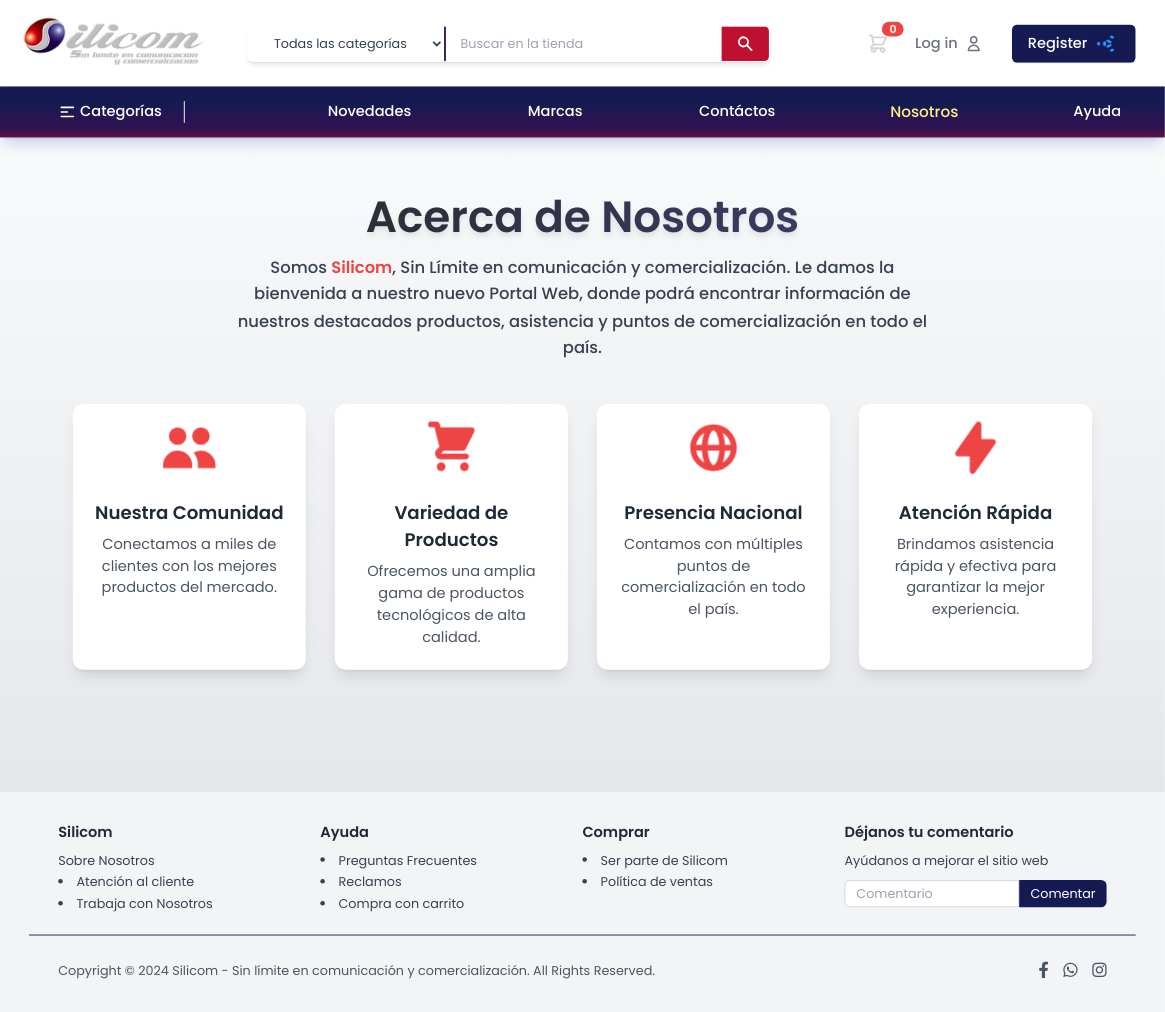
Repository: Francovg18/ecommerce
Page: /about
These files come from the project's save history. The page is drawn as it stood at one moment and after the next save; the edit follows.
The browser window is 1280 px wide. The pictures show the whole page, at 91% of full size.
The page's requests for data from a server got no answer. The project was rebuilt for these pictures with package versions that can differ from the ones it lists, and the page was loaded fresh each time. No one was signed in, and anything a server would have sent is missing. Also part of the build but not shown: src/components/home/Banner.js, src/components/home/ProductsArrival.js, src/components/home/ProductsSold.js, src/redux/actions/brands.js, src/components/home/Brand.js, src/components/home/Product.js, src/containers/Home.jsx, src/containers/errors/Error404.jsx and 40 more.

Above is the page before, as saved 2025-01-29 20:21:50.

### public/index.html
<!DOCTYPE html>
<html lang="en">
  <head>
    <meta charset="utf-8" />
    <link rel="icon" href="%PUBLIC_URL%/favicon.ico" />
    <meta name="viewport" content="width=device-width, initial-scale=1" />
    <meta name="theme-color" content="#000000" />
    <meta name="description" content="Web site created using create-react-app" />
    <link rel="apple-touch-icon" href="%PUBLIC_URL%/logo192.png" />
    <link href="https://fonts.googleapis.com/css2?family=Poppins:wght@400;500;600&display=swap" rel="stylesheet">
    <link
  rel="stylesheet"
  href="https://cdnjs.cloudflare.com/ajax/libs/font-awesome/6.0.0-beta3/css/all.min.css"
/>

    <!--
      manifest.json provides metadata used when your web app is installed on a
      user's mobile device or desktop. See https://developers.google.com/web/fundamentals/web-app-manifest/
    -->
    <link rel="manifest" href="%PUBLIC_URL%/manifest.json" />
    <!--
      Notice the use of %PUBLIC_URL% in the tags above.
      It will be replaced with the URL of the `public` folder during the build.
      Only files inside the `public` folder can be referenced from the HTML.

      Unlike "/favicon.ico" or "favicon.ico", "%PUBLIC_URL%/favicon.ico" will
      work correctly both with client-side routing and a non-root public URL.
      Learn how to configure a non-root public URL by running `npm run build`.
    -->
    <title>React App</title>
  </head>
  <body>
    <noscript>You need to enable JavaScript to run this app.</noscript>
    <div id="root"></div>
    <!--
      This HTML file is a template.
      If you open it directly in the browser, you will see an empty page.

      You can add webfonts, meta tags, or analytics to this file.
      The build step will place the bundled scripts into the <body> tag.

      To begin the development, run `npm start` or `yarn start`.
      To create a production bundle, use `npm run build` or `yarn build`.
    -->
  </body>
</html>

### src/index.js
import React from 'react';
import ReactDOM from 'react-dom/client';
import './style/index.css';
import App from './App';

const root = ReactDOM.createRoot(document.getElementById('root'));
root.render(
  <React.StrictMode>
    <App />
  </React.StrictMode>
);

### src/store.js
import { createStore, applyMiddleware } from 'redux';
import { composeWithDevTools } from '@redux-devtools/extension';
import { thunk } from 'redux-thunk';
import rootReducer from './redux/reducers';

const initialState = {};
const middleware = [thunk];
const store = createStore(
    rootReducer,
    initialState,
    composeWithDevTools(applyMiddleware(...middleware))
);

export default store;

### src/containers/pages/About.jsx
import React from 'react';
import Layout from '../../hocs/Layout';
import { UsersIcon, ShoppingCartIcon, GlobeAltIcon, LightningBoltIcon } from '@heroicons/react/solid';

function About() {
  return (
    <Layout>
      <div className="bg-gradient-to-b from-gray-50 to-gray-200 min-h-screen py-16 px-6 sm:px-12 lg:px-20">
        <div className="text-center max-w-3xl mx-auto">
          <h1 className="text-5xl font-extrabold bg-gradient-to-r from-black to-midnight-blue bg-clip-text text-transparent drop-shadow-lg animate-pulse">
            Acerca de Nosotros
          </h1>
          <p className="mt-4 text-lg text-gray-700 font-medium leading-relaxed animate-fade-in">
            Somos <span className="text-red-500 font-bold">Silicom</span>, Sin Límite en comunicación y comercialización. Le damos la bienvenida a nuestro nuevo Portal Web,
            donde podrá encontrar información de nuestros destacados productos, asistencia y puntos de comercialización en todo el país.
          </p>
        </div>

        <div className="mt-12 grid grid-cols-1 md:grid-cols-2 lg:grid-cols-4 gap-8">
          {[
            { icon: UsersIcon, title: "Nuestra Comunidad", text: "Conectamos a miles de clientes con los mejores productos del mercado." },
            { icon: ShoppingCartIcon, title: "Variedad de Productos", text: "Ofrecemos una amplia gama de productos tecnológicos de alta calidad." },
            { icon: GlobeAltIcon, title: "Presencia Nacional", text: "Contamos con múltiples puntos de comercialización en todo el país." },
            { icon: LightningBoltIcon, title: "Atención Rápida", text: "Brindamos asistencia rápida y efectiva para garantizar la mejor experiencia." }
          ].map((item, index) => (
            <div key={index} className="bg-white p-6 rounded-xl shadow-lg text-center transition-transform transform hover:scale-105 hover:shadow-2xl">
              <item.icon className="w-16 h-16 text-red-500 mx-auto animate-bounce" />
              <h3 className="text-xl font-semibold mt-4 text-gray-800">{item.title}</h3>
              <p className="text-gray-600 mt-2">{item.text}</p>
            </div>
          ))}
        </div>
      </div>
    </Layout>
  );
}

export default About;

### src/redux/reducers/index.js
import { combineReducers } from 'redux';
import Auth from './auth';
import Alert from './alert';
import Categories from './categories';
import Products from './products';
import Cart from './cart';
import Shipping from './shipping'
import Payment from './payment';
import Orders from './orders';
import Coupons from './coupons';
import Profile from './profile';
import Wishlist from './wishlist';
import Reviews from './reviews';
import Brands from './brands';
export default combineReducers({
    Auth,
    Alert,
    Categories,
    Products,
    Cart,
    Shipping,
    Payment,
    Orders,
    Coupons,
    Profile,
    Wishlist,
    Reviews,
    Brands
})

### src/hocs/Layout.js
import { ToastContainer } from 'react-toastify';
import 'react-toastify/dist/ReactToastify.css';
import { check_authenticated, load_user, refresh } from '../redux/actions/auth';
import {
    get_items,
    get_total,
    get_item_total
} from "../redux/actions/cart";

import {
    get_user_profile
} from "../redux/actions/profile";

import { useEffect } from 'react';
import { connect } from 'react-redux';
import Navbar from '../components/navigation/Navbar';
import Footer from '../components/navigation/Footer';

const Layout = (props) => {

    useEffect(() => {
        props.refresh()
        props.check_authenticated()
        props.load_user()
        props.get_items()
        props.get_total()
        props.get_item_total()
        props.get_user_profile()
    }, []);

    return(
        <div>
            <Navbar/>
            <ToastContainer autoClose={5000} />
            {props.children}
            <Footer/>
        </div>
    )
}


export default connect(null, {
    check_authenticated,
    load_user,
    refresh,
    get_items,
    get_total,
    get_item_total,
    get_user_profile
}) (Layout)

### src/redux/actions/categories.js
import axios from 'axios';
import {
    GET_CATEGORIES_SUCCESS,
    GET_CATEGORIES_FAIL,
} from './types';

export const get_categories = () => async dispatch => {
    const config = {
        headers: {
            'Accept': 'application/json'
        }
    };

    try {
        const res = await axios.get(`${process.env.REACT_APP_API_URL}/api/category/categories`, config);

        if (res.status >= 200 && res.status < 300) {
            dispatch({
                type: GET_CATEGORIES_SUCCESS,
                payload: res.data
            });
        } else {
            console.error('Error: Unexpected response status', res.status);
            dispatch({
                type: GET_CATEGORIES_FAIL
            });
        }
    } catch (err) {
        console.error('Error fetching categories:', err.message);
        dispatch({
            type: GET_CATEGORIES_FAIL
        });
    }
};

### src/redux/actions/alert.js
import{
    SET_ALERT,
    REMOVE_ALERT,
} from './types';

export const setAlert = (msg, alertType, timeout = 5000) => dispatch =>{
    dispatch({
        type: SET_ALERT,
        payload: {msg, alertType}
    });
    setTimeout(() => dispatch({ type: REMOVE_ALERT }), timeout);
}

### src/redux/reducers/alert.js
import {
    SET_ALERT,
    REMOVE_ALERT,
} from '../actions/types';

const initialState = {
    alert: null
};

export default function Alert(state = initialState, action) {
    const { type, payload } = action;

    switch(type) {
        case SET_ALERT:
            return {
                ...state,
                alert: payload
            };
        case REMOVE_ALERT:
            return {
                ...state,
                alert: null
            }
        default:
            return state
    };
}

### src/redux/reducers/categories.js
import {
    GET_CATEGORIES_SUCCESS,
    GET_CATEGORIES_FAIL
} from '../actions/types';

const initialState = {
    categories: null
};

export default function Categories(state = initialState, action) {
    const { type, payload } = action;

    switch(type) {
        case GET_CATEGORIES_SUCCESS:
            return {
                ...state,
                categories: payload.categories
            }
        case GET_CATEGORIES_FAIL:
            return {
                ...state,
                categories: null
            }
        default:
            return state
    }
}

### src/redux/reducers/shipping.js
import {
    GET_SHIPPING_OPTIONS_SUCCESS,
    GET_SHIPPING_OPTIONS_FAIL
} from '../actions/types';

const initialState = {
    shipping: null,
};

export default function Shipping(state = initialState, action) {
    const { type, payload } = action;

    switch(type) {
        case GET_SHIPPING_OPTIONS_SUCCESS:
            return {
                ...state,
                shipping: payload.shipping_options
            }
        case GET_SHIPPING_OPTIONS_FAIL:
            return {
                ...state,
                shipping: null
            }
        default:
            return state;
    }
};

### src/redux/reducers/orders.js
import {
    GET_ORDERS_SUCCESS,
    GET_ORDERS_FAIL,
    GET_ORDER_DETAIL_SUCCESS,
    GET_ORDER_DETAIL_FAIL
} from '../actions/types';

const initialState = {
    orders: null,
    order: null
};


export default function Orders(state = initialState, action) {
    const { type, payload } = action;

    switch(type) {
        case GET_ORDERS_SUCCESS:
            return {
                ...state,
                orders: payload.orders
            }
        case GET_ORDERS_FAIL:
            return {
                ...state,
                orders: []
            }
        case GET_ORDER_DETAIL_SUCCESS:
            return {
                ...state,
                order: payload.order
            }
        case GET_ORDER_DETAIL_FAIL:
            return {
                ...state,
                order: {}
            }
        default:
            return state;
    }
}

### src/redux/reducers/coupons.js
import {
    GET_COUPON_SUCCESS,
    GET_COUPON_FAIL,
} from '../actions/types';

const initialState = {
    coupon: null
};


export default function Coupons(state = initialState, action) {
    const { type, payload } = action;

    switch(type) {
        case GET_COUPON_SUCCESS:
            return {
                ...state,
                coupon: payload.coupon
            }
        case GET_COUPON_FAIL:
            return {
                ...state,
                coupon: null
            }
        default:
            return state;
    }
}

### src/redux/reducers/profile.js
import {
    GET_USER_PROFILE_SUCCESS,
    GET_USER_PROFILE_FAIL,
    UPDATE_USER_PROFILE_SUCCESS,
    UPDATE_USER_PROFILE_FAIL
} from '../actions/types';

const initialState = {
    profile: null
};

export default function Profile(state = initialState, action) {
    const { type, payload } = action;

    switch(type) {
        case GET_USER_PROFILE_SUCCESS:
            return {
                ...state,
                profile: payload.profile
            }
        case GET_USER_PROFILE_FAIL:
            return {
                ...state
            }
        case UPDATE_USER_PROFILE_SUCCESS:
            return {
                ...state,
                profile: payload.profile
            }
        case UPDATE_USER_PROFILE_FAIL:
            return {
                ...state
            }
        default:
            return state
    }
}

### src/redux/reducers/brands.js
import {
    GET_BRANDS_SUCCESS,
    GET_BRANDS_FAIL
} from '../actions/types';

const initialState = {
    brands: null
};

export default function Brands(state = initialState, action) {
    const { type, payload } = action;

    switch (type) {
        case GET_BRANDS_SUCCESS:
            return {
                ...state,
                brands: payload.brands // Ajusta si `payload` tiene otra estructura
            };
        case GET_BRANDS_FAIL:
            return {
                ...state,
                brands: null
            };
        default:
            return state;
    }
}

### src/components/alert.js
import {Fragment} from 'react'
import {connect} from 'react-redux'

import { CheckCircleIcon } from '@heroicons/react/solid'

function Alert ({ alert }) {

    const displayAlert = () => {
        if (alert !== null){
            return (
                <div className={`rounded-md bg-${alert.alertType}-50 p-4`}>
                <div className="flex">
                    <div className="flex-shrink-0">
                    <CheckCircleIcon className={`h-5 w-5 text-${alert.alertType}-400`} aria-hidden="true" />
                    </div>
                    <div className="ml-3">
                    <p className={`text-sm font-medium text-${alert.alertType}-800`}>{alert.msg}</p>
                    </div>
                </div>
                </div>
            )
        } else {
            return(
                <Fragment></Fragment>
            )
        }
    }

    return (
        <Fragment>
            {displayAlert()}
        </Fragment>
    )
}

const mapStateToProps = state => ({
    alert: state.Alert.alert
})

export default connect(mapStateToProps)(Alert)

### src/components/navigation/SearchBox.js
import { SearchIcon } from '@heroicons/react/solid';

const SearchBox = ({ categories, search, onChange, onSubmit }) => {
  return (
    <form
      onSubmit={(e) => onSubmit(e)}
      className="flex items-center border border-white rounded-md shadow-md overflow-hidden w-full max-w-3xl mx-auto"
    >
      {/* Dropdown de categorías (visible solo en pantallas grandes) */}
      <div className="hidden lg:block relative">
        <select
          onChange={(e) => onChange(e)}
          name="category_id"
          className="h-full text-sm text-gray-700 bg-white border-r-2 border-purple-night px-6 py-2 outline-none focus:ring-deep-rose"
        >
          <option value={0}>Todas las categorías</option>
          {categories &&
            categories.map((category, index) => (
              <option key={index} value={category.id}>
                {category.name}
              </option>
            ))}
        </select>
      </div>

      {/* Campo de búsqueda */}
      <input
        type="search"
        name="search"
        onChange={(e) => onChange(e)}
        value={search}
        required
        className="flex-grow text-sm text-gray-700 bg-white px-4 py-2 outline-none focus:ring-purple-night focus:border-crimson-red w-full"
        placeholder="Buscar en la tienda"
      />

      {/* Botón de envío */}
      <button
        type="submit"
        className="flex items-center justify-center h-full bg-crimson-red hover:bg-deep-rose text-white px-4 py-2"
      >
        <SearchIcon className="h-5 w-5" aria-hidden="true" />
      </button>
    </form>
  );
};

export default SearchBox;

### tailwind.config.js
/** @type {import('tailwindcss').Config} */
module.exports = {
  content: [
    "./src/**/*.{js,jsx,ts,tsx}",
  ],
  theme: {
    extend: {
      colors: {
        "midnight-blue": '#151b52',
        "purple-night": '#2A1350',
        "crimson-red": '#C0102F',
        "deep-rose": '#8D113B',
        "dark-burgundy": '#751240',
        "royal-purple": '#5D1245',
      },
      backgroundImage: {
        'custom-gradient': 'linear-gradient(to bottom, #151b52, #151b50, #151b50, #2A1351, #2A1351, #5D1245)',
      },
      fontFamily: {
        sans: ['Poppins', 'sans-serif'],
      },
      keyframes: {
        'gradient-x': {
          '0%, 100%': { backgroundPosition: '0% 50%' },
          '50%': { backgroundPosition: '100% 50%' },
        },
      },
      animation: {
        'gradient-x': 'gradient-x 8s ease infinite',
      },
      boxShadow: {
        navbar: "0px 4px 20px 6px rgba(28, 105, 192, 0.85), 0 1px 2px -1px rgba(3, 3, 4, 0.03)",
        menuHover: "0px 6px 15px 3px rgba(0, 0, 0, 0.15)",
      },
      fontSize: {
        'xl': '1.25rem',
        '2xl': '1.5rem',
      },
    },
  },
  plugins: [
    function({ addUtilities }) {
      const extendUnderline = {
        '.underline': {
          textDecoration: 'underline',
          textDecorationColor: '#121740',
        },
      };
      addUtilities(extendUnderline);
    },
  ],
};

Loaded but not shown: src/style/index.css (common file); src/components/navigation/Navbar.js (476 lines, source omitted); src/redux/actions/cart.js (399 lines, source omitted); src/redux/actions/auth.js (387 lines, source omitted); src/redux/actions/types.js (136 lines, source omitted); src/redux/actions/products.js (256 lines, source omitted); src/redux/reducers/cart.js (158 lines, source omitted); src/redux/reducers/products.js (118 lines, source omitted); src/App.js (79 lines, source omitted); src/components/navigation/Footer.js (81 lines, source omitted); src/redux/reducers/auth.js (113 lines, source omitted); src/redux/actions/profile.js (91 lines, source omitted); src/redux/reducers/payment.js (89 lines, source omitted); src/redux/reducers/reviews.js (90 lines, source omitted); src/redux/reducers/wishlist.js (68 lines, source omitted)

After the next save:
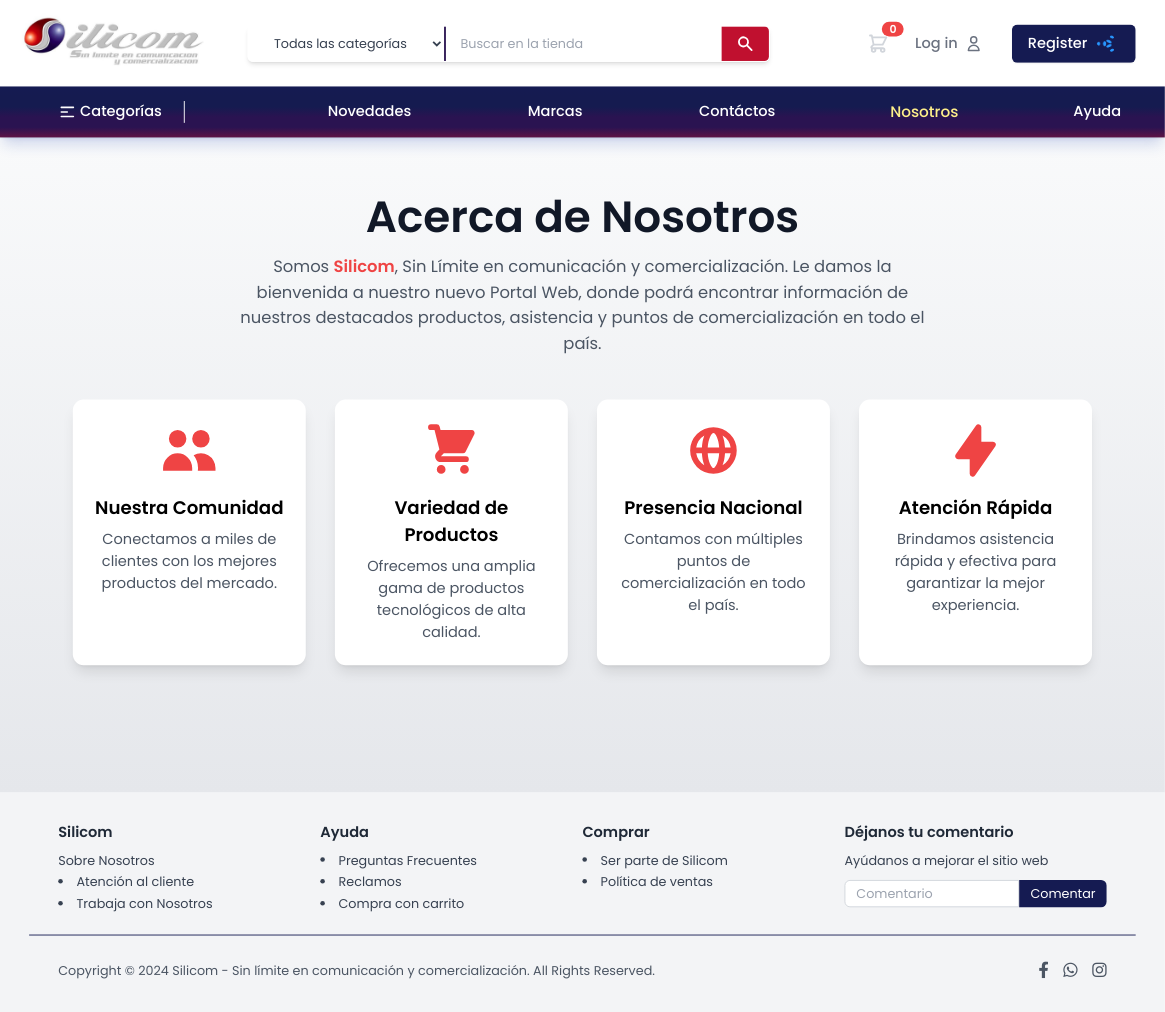
Saved 36 s later.
--- a/src/containers/pages/About.jsx
+++ b/src/containers/pages/About.jsx
@@ -7,28 +7,37 @@ function About() {
     <Layout>
       <div className="bg-gradient-to-b from-gray-50 to-gray-200 min-h-screen py-16 px-6 sm:px-12 lg:px-20">
         <div className="text-center max-w-3xl mx-auto">
-          <h1 className="text-5xl font-extrabold bg-gradient-to-r from-black to-midnight-blue bg-clip-text text-transparent drop-shadow-lg animate-pulse">
-            Acerca de Nosotros
-          </h1>
-          <p className="mt-4 text-lg text-gray-700 font-medium leading-relaxed animate-fade-in">
-            Somos <span className="text-red-500 font-bold">Silicom</span>, Sin Límite en comunicación y comercialización. Le damos la bienvenida a nuestro nuevo Portal Web,
+          <h1 className="text-5xl font-extrabold text-gray-900">Acerca de Nosotros</h1>
+          <p className="mt-4 text-lg text-gray-600">
+            Somos <span className="text-red-500 font-semibold">Silicom</span>, Sin Límite en comunicación y comercialización. Le damos la bienvenida a nuestro nuevo Portal Web,
             donde podrá encontrar información de nuestros destacados productos, asistencia y puntos de comercialización en todo el país.
           </p>
         </div>
 
         <div className="mt-12 grid grid-cols-1 md:grid-cols-2 lg:grid-cols-4 gap-8">
-          {[
-            { icon: UsersIcon, title: "Nuestra Comunidad", text: "Conectamos a miles de clientes con los mejores productos del mercado." },
-            { icon: ShoppingCartIcon, title: "Variedad de Productos", text: "Ofrecemos una amplia gama de productos tecnológicos de alta calidad." },
-            { icon: GlobeAltIcon, title: "Presencia Nacional", text: "Contamos con múltiples puntos de comercialización en todo el país." },
-            { icon: LightningBoltIcon, title: "Atención Rápida", text: "Brindamos asistencia rápida y efectiva para garantizar la mejor experiencia." }
-          ].map((item, index) => (
-            <div key={index} className="bg-white p-6 rounded-xl shadow-lg text-center transition-transform transform hover:scale-105 hover:shadow-2xl">
-              <item.icon className="w-16 h-16 text-red-500 mx-auto animate-bounce" />
-              <h3 className="text-xl font-semibold mt-4 text-gray-800">{item.title}</h3>
-              <p className="text-gray-600 mt-2">{item.text}</p>
-            </div>
-          ))}
+          <div className="bg-white p-6 rounded-xl shadow-lg text-center">
+            <UsersIcon className="w-16 h-16 text-red-500 mx-auto" />
+            <h3 className="text-xl font-semibold mt-4">Nuestra Comunidad</h3>
+            <p className="text-gray-600 mt-2">Conectamos a miles de clientes con los mejores productos del mercado.</p>
+          </div>
+
+          <div className="bg-white p-6 rounded-xl shadow-lg text-center">
+            <ShoppingCartIcon className="w-16 h-16 text-red-500 mx-auto" />
+            <h3 className="text-xl font-semibold mt-4">Variedad de Productos</h3>
+            <p className="text-gray-600 mt-2">Ofrecemos una amplia gama de productos tecnológicos de alta calidad.</p>
+          </div>
+
+          <div className="bg-white p-6 rounded-xl shadow-lg text-center">
+            <GlobeAltIcon className="w-16 h-16 text-red-500 mx-auto" />
+            <h3 className="text-xl font-semibold mt-4">Presencia Nacional</h3>
+            <p className="text-gray-600 mt-2">Contamos con múltiples puntos de comercialización en todo el país.</p>
+          </div>
+
+          <div className="bg-white p-6 rounded-xl shadow-lg text-center">
+            <LightningBoltIcon className="w-16 h-16 text-red-500 mx-auto" />
+            <h3 className="text-xl font-semibold mt-4">Atención Rápida</h3>
+            <p className="text-gray-600 mt-2">Brindamos asistencia rápida y efectiva para garantizar la mejor experiencia.</p>
+          </div>
         </div>
       </div>
     </Layout>
